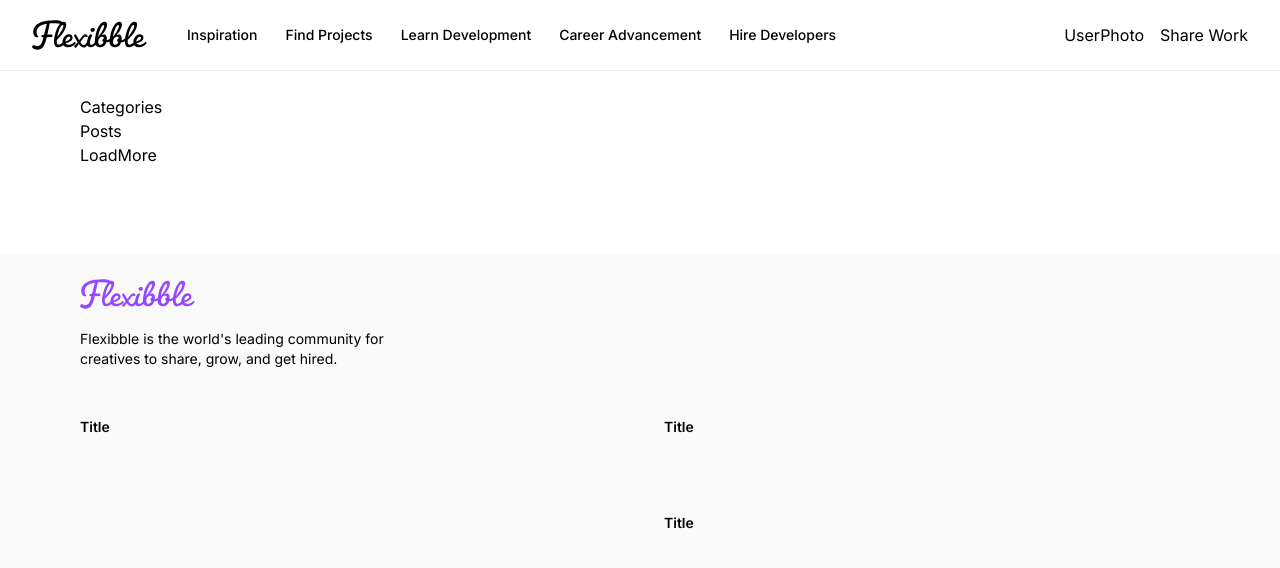
Repository: davedeguia/grafbase_flexibble
Page: /
These files come from the project's save history. The page is drawn as it stood at one moment and after the next save; the edit follows.
The browser window is 1280 px wide. The pictures show the whole page.
The project was rebuilt for these pictures with package versions that can differ from the ones it lists, and the page was loaded fresh each time. The framework's server and built-in components were replaced by stand-ins that run in the browser. Also part of the build but not shown: next.config.js, app/components/AuthProviders.tsx.

Above is the page before, as saved 2023-07-16 07:45:55.

After the next save:
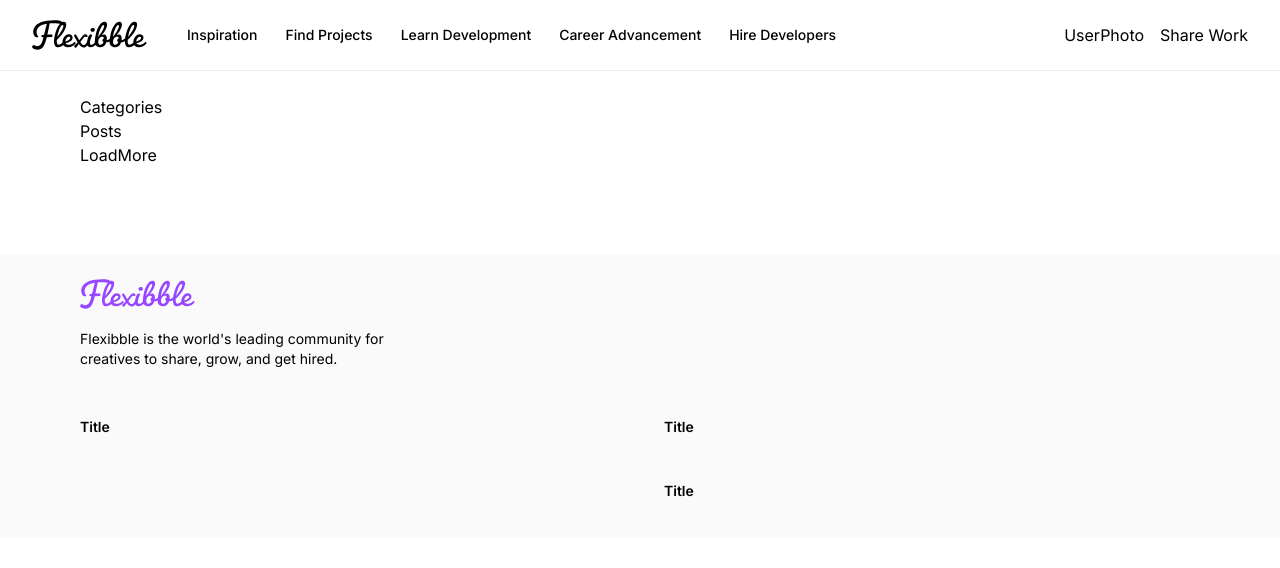
Saved 18 s later.
--- a/app/components/Footer.tsx
+++ b/app/components/Footer.tsx
@@ -44,12 +44,12 @@
 
           <div className='flex-1 flex flex-col gap-4'>
             <FooterColumn
-              title={footerLinks[0].title}
-              links={footerLinks[0].links}
+              title={footerLinks[1].title}
+              links={footerLinks[1].links}
             />
             <FooterColumn
-              title={footerLinks[0].title}
-              links={footerLinks[0].links}
+              title={footerLinks[2].title}
+              links={footerLinks[2].links}
             />
           </div>
         </div>
